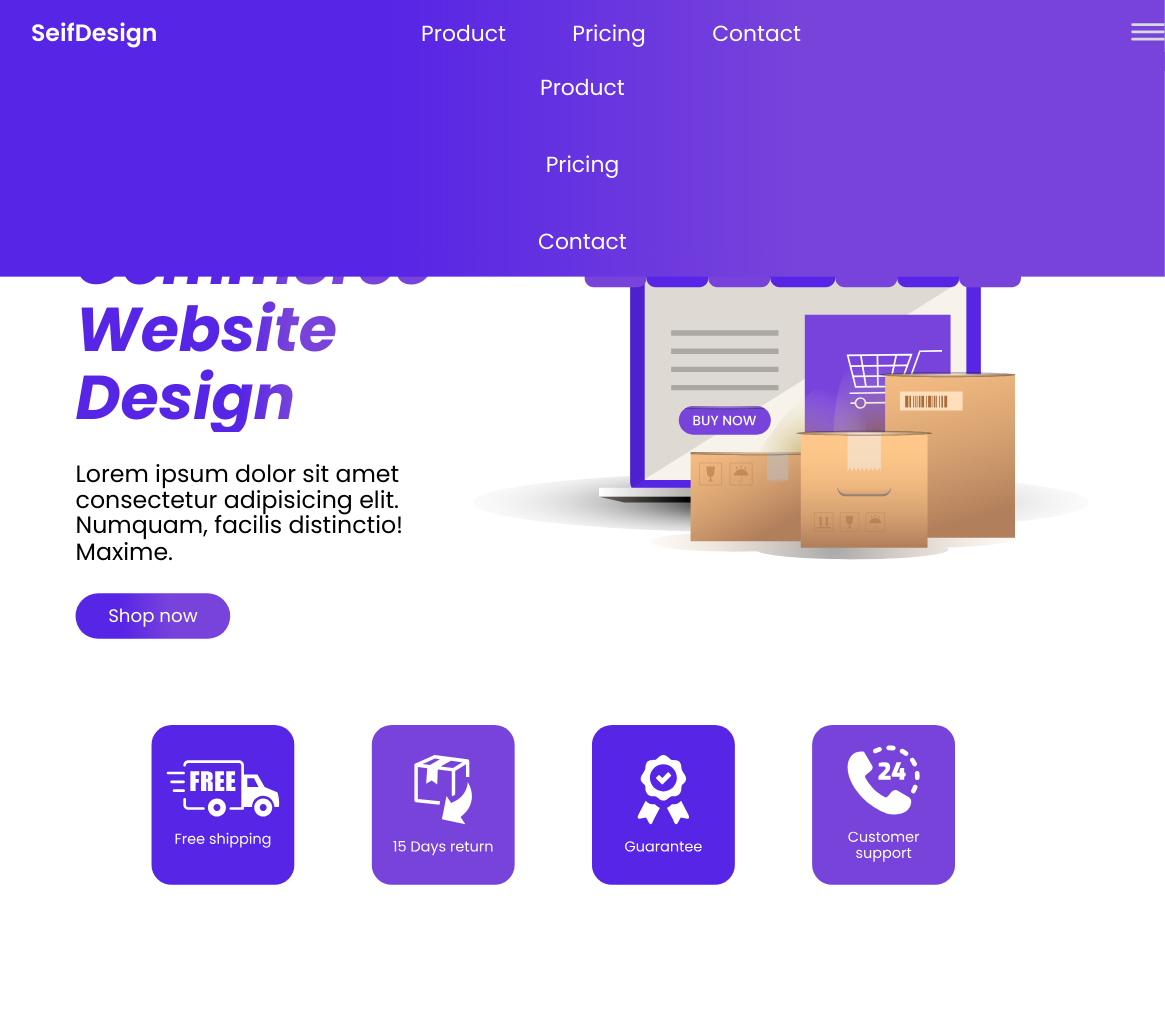
Repository: NatiqSamiyev/commers-desing-JS
Page: index.html
The author's editor kept a copy of each file at every save. The page is drawn from the files as they stood at one save, then again after a run of saves.
The browser window is 1280 px wide. The pictures show the whole page, at 91% of full size.
After loading, the first visible `button.open-btn` was clicked once.
Some web fonts or font styles are not loaded; a fallback is used.

Above is the page before, as saved 2023-11-06 12:18:15.

After the next 2 saves:
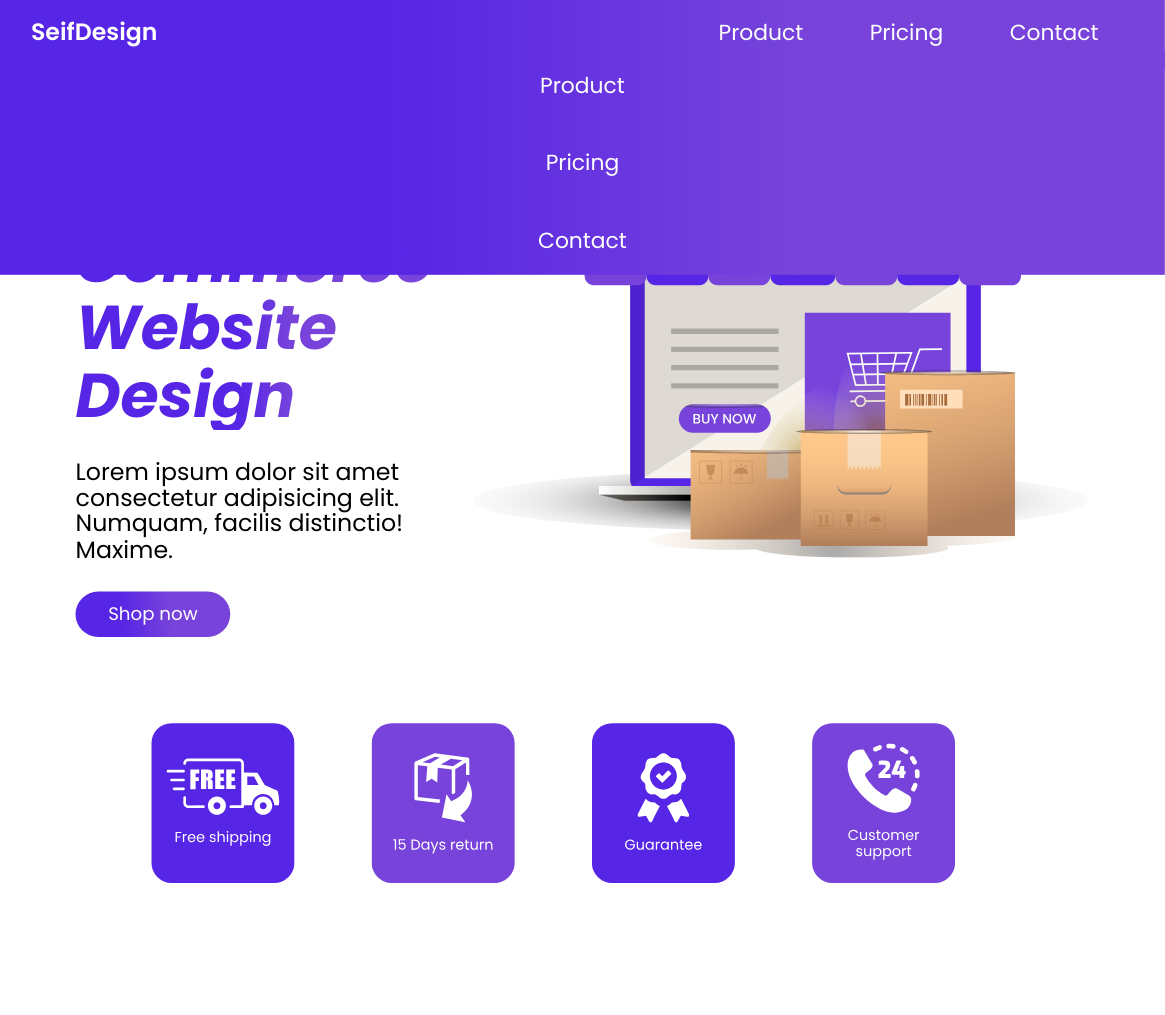
The 2 saves are shown as one change because they came seconds apart.
The last was saved 8 s later.
--- a/index.js
+++ b/index.js
@@ -4,5 +4,5 @@ let menuBox=document.querySelector('.menu-box')
 openBtn.addEventListener('click', openMenu)
 function openMenu(){
 menuBox.style.display ='flex'
-openBtn.disp
+openBtn.style.display='none'
 }
